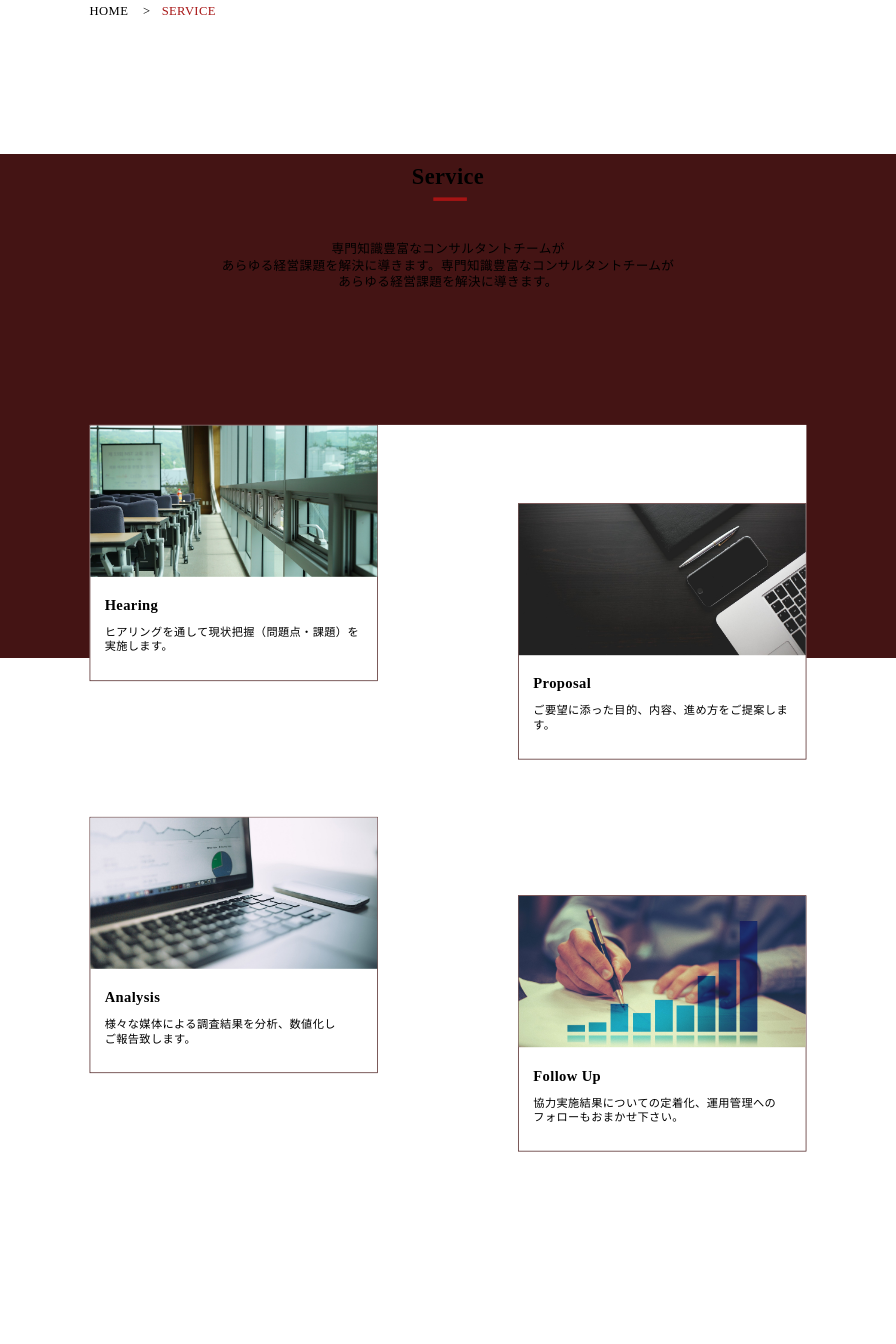
Repository: nozomi-23/hp2_test
Page: html/service.html
The author's editor kept a copy of each file at every save. The page is drawn from the files as they stood at one save, then again after a run of saves.
The browser window is 1280 px wide. The pictures show the part of the page from y = 840 to 2760 px (the page is 2760 px tall before and 2742 px after), at 70% of full size.
Some web fonts or font styles are not loaded; a fallback is used. Some web libraries are served in a nearby version.

Above is the page before, as saved 2022-06-26 08:03:47.

After the next 2 saves:
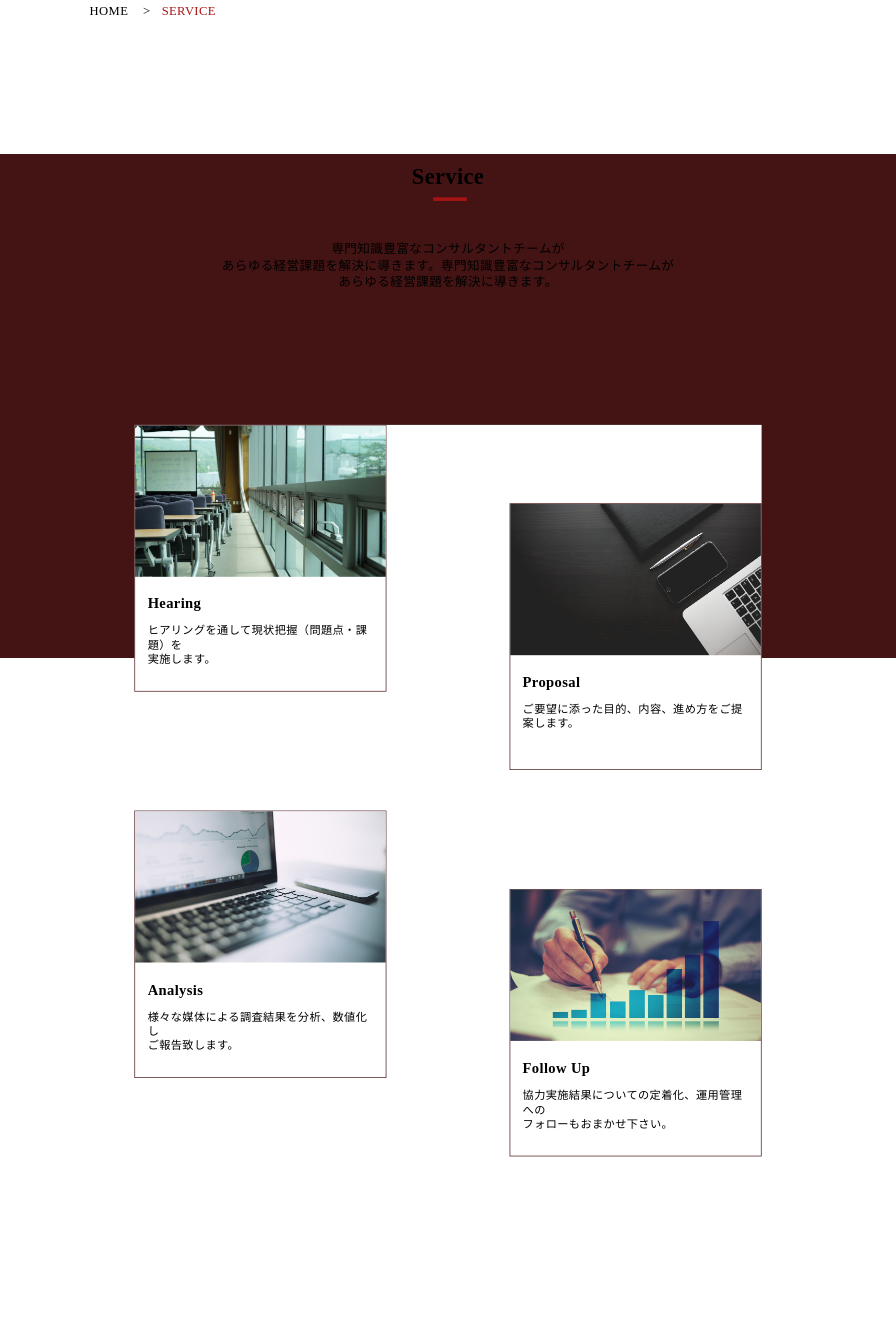
The 2 saves are shown as one change because they came seconds apart.
The last was saved 3 min 33 s later.
--- a/css/service.css
+++ b/css/service.css
@@ -18,8 +18,7 @@ service_intro
 }
 
 .service_intro_all {
-  margin: 15% auto;
-  width: 80%;
+  margin: 15%;
 }
 
 .service_txt {
